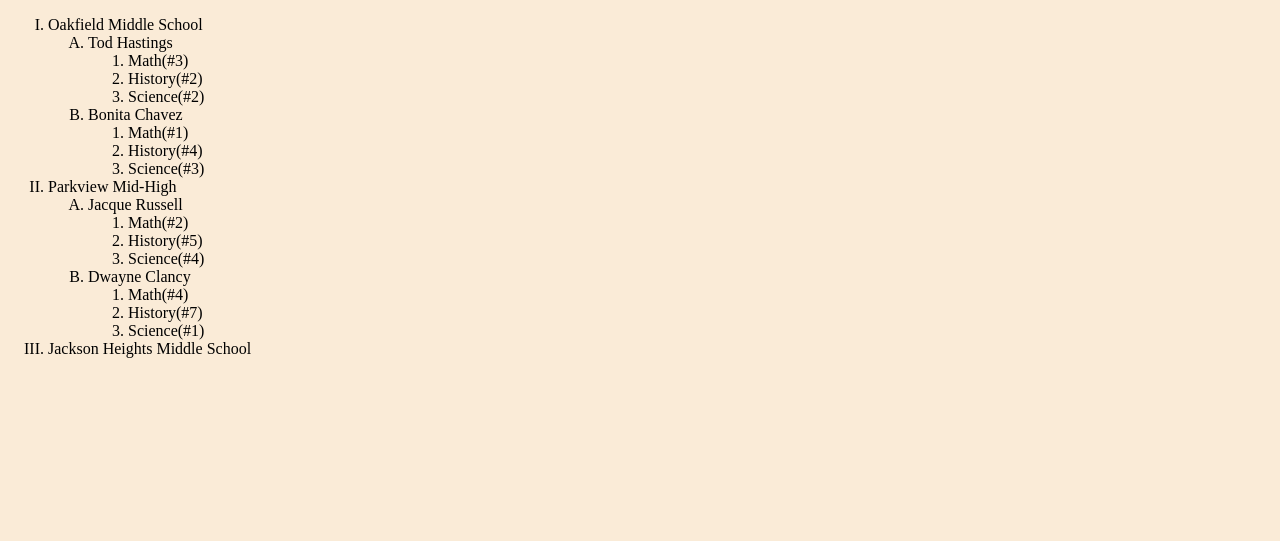
Repository: PhamChiXuan1/HTCNW_tuan3_DHCNTT16C_PhamChiXuan_20030131
Page: bt4b.html
The author's editor kept a copy of each file at every save. The page is drawn from the files as they stood at one save, then again after the next save.
The browser window is 1280 px wide. The pictures show the whole page.

Above is the page before, as saved 2022-02-26 21:17:08.

After the next save:
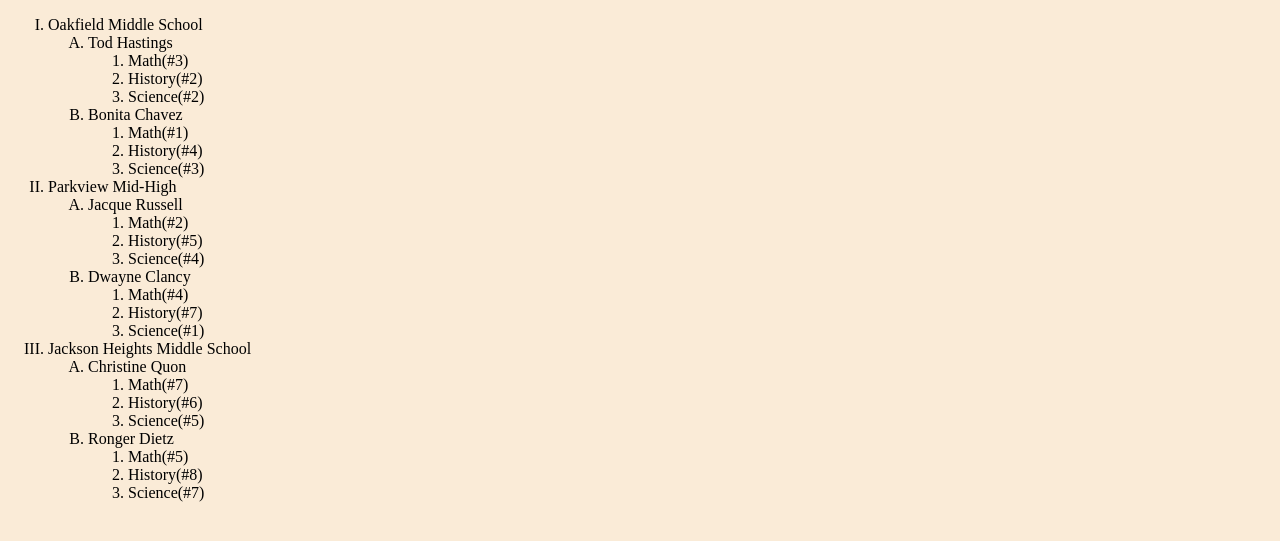
Saved 2 min 28 s later.
--- a/bt4b.html
+++ b/bt4b.html
@@ -40,6 +40,20 @@
         </ol>
 
         <li >Jackson Heights Middle School</li>
+        <ol type="A">
+            <li>Christine Quon</li>
+            <ol type="1">
+                <li>Math(#7)</li>
+                <li>History(#6)</li>
+                <li>Science(#5)</li>
+            </ol>
+            <li>Ronger Dietz</li>
+            <ol type="1">
+                <li>Math(#5)</li>
+                <li>History(#8)</li>
+                <li>Science(#7)</li>
+            </ol>
+        </ol>
     </ol>
 </body>
 </html>
